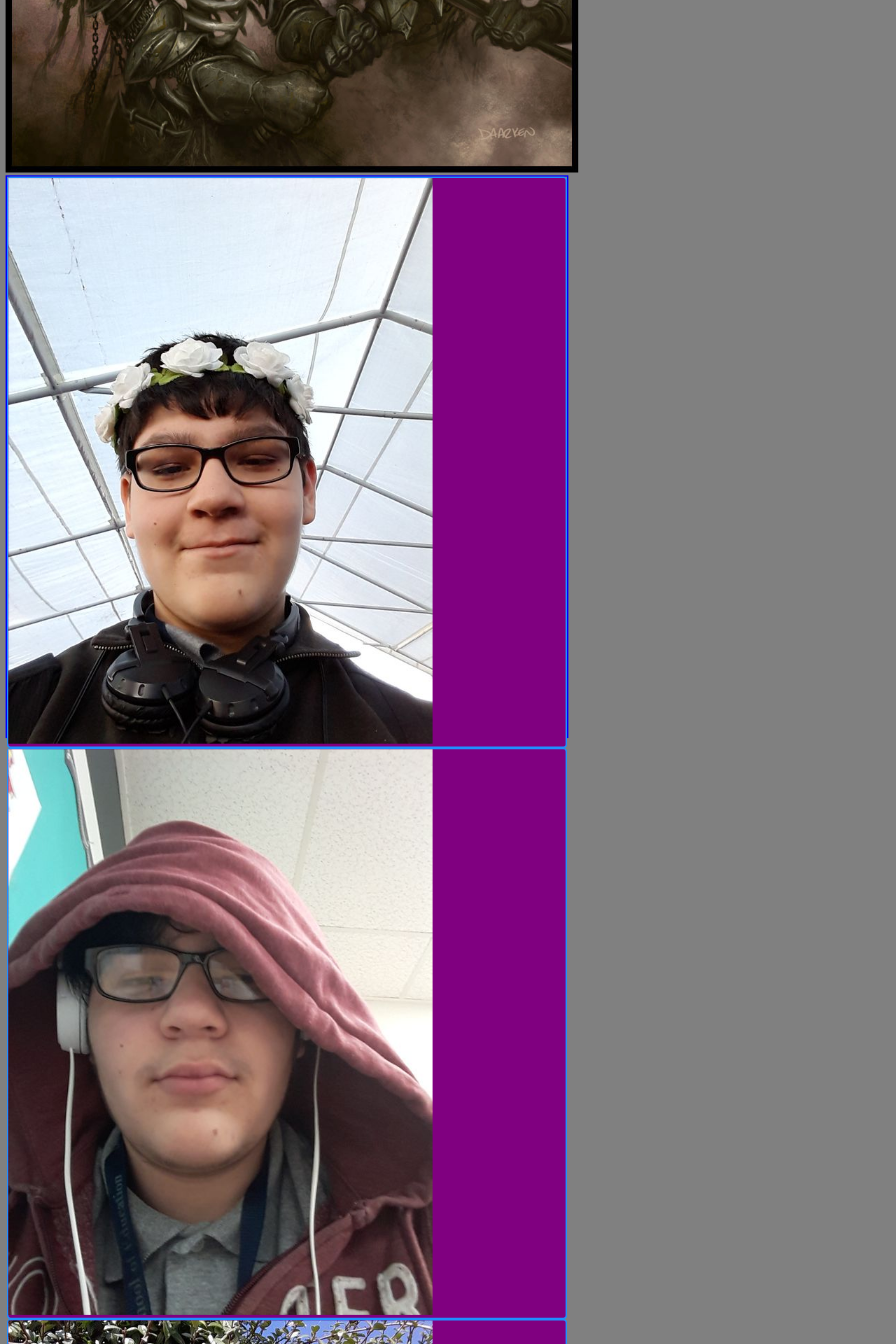
Repository: Skeleton197/skeleton197.github.io
Page: Home.html
The author's editor kept a record of every edit. The page is drawn from the files as they stood at one moment, then again after the next edit.
The browser window is 1280 px wide. The pictures show the part of the page from y = 489 to 2409 px (the page is 6146 px tall before and 6152 px after), at 70% of full size.

Above is the page before.

After the next edit:
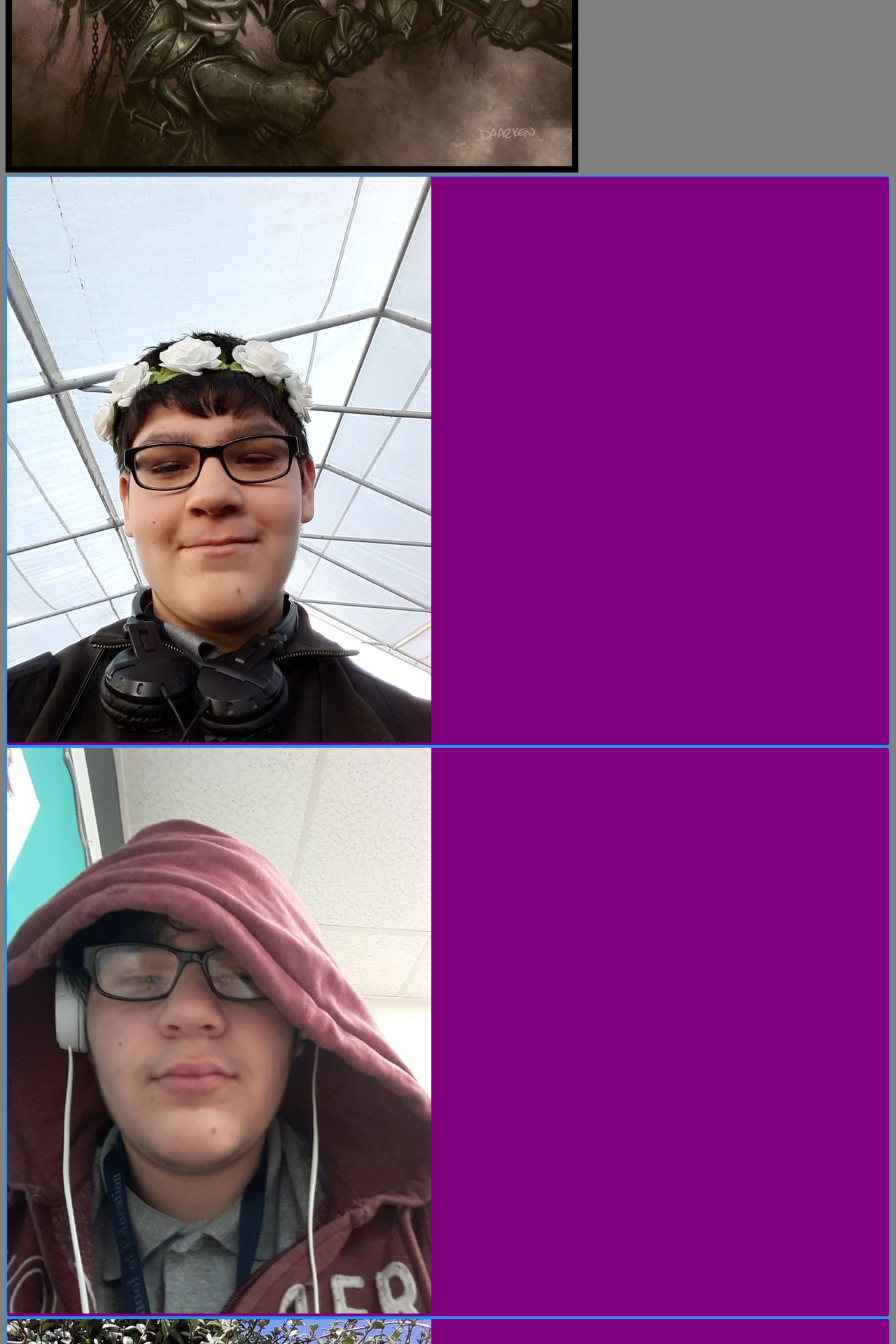
The edit:
--- a/Home.html
+++ b/Home.html
@@ -32,7 +32,6 @@
   <link rel='stylesheet' type='text/css' href='style.css'></head>
 
 <body>
-  <div class="grid">
       <div class="row">
     <div class="box a"><img src="1.jpg"></img></div>
     <div class="box 2"><img src="2.jpg"></div>
